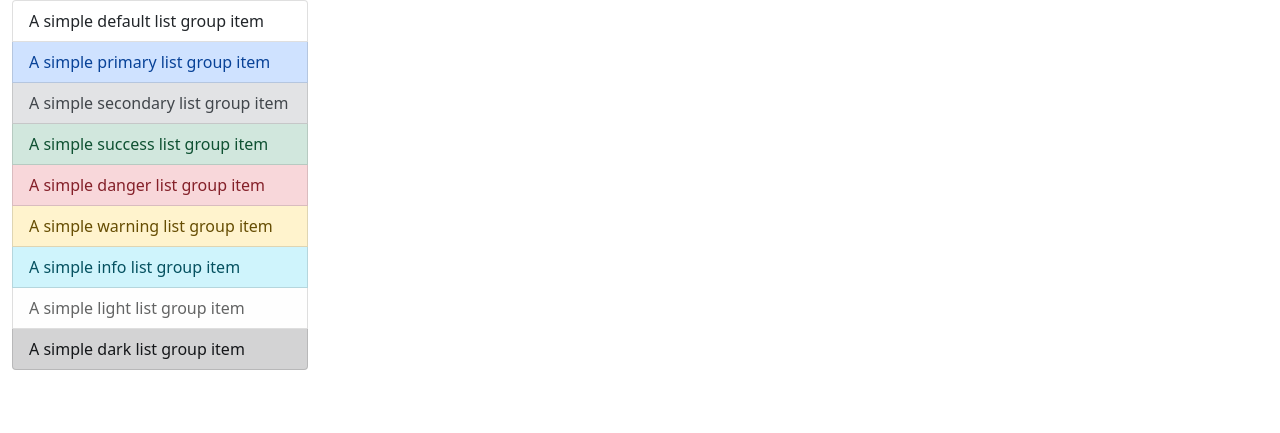
Repository: Dayvid0/BOOTSTRAP-TUTORIALS
Page: BOOTSTRAP-GRID-LAYOUTS/ibmexample.html
These files come from the project's save history. The page is drawn as it stood at one moment and after the next save; the edit follows.
The browser window is 1280 px wide. The pictures show the whole page.

Above is the page before, as saved 2025-01-24 16:43:09.

### BOOTSTRAP-GRID-LAYOUTS/ibmexample.html
<!doctype html>
<html lang="en">
  <head>
    <!-- Required meta tags -->
    <meta charset="utf-8">
    <meta name="viewport" content="width=device-width, initial-scale=1">
    <!-- Bootstrap CSS -->
    <link href="https://cdn.jsdelivr.net/npm/bootstrap@5.0.2/dist/css/bootstrap.min.css" rel="stylesheet" integrity="sha384-EVSTQN3/azprG1Anm3QDgpJLIm9Nao0Yz1ztcQTwFspd3yD65VohhpuuCOmLASjC" crossorigin="anonymous">
    <title>Hello, world!</title>
  </head>
  <body>
    <div class="container-fluid">
      <div class="row"> <!-- ./row-->
        <div class="col-3 sidebar">
          <ul class="list-group">
            <li class="list-group-item">A simple default list group item</li>
            <li class="list-group-item list-group-item-primary">A simple primary list group item</li>
            <li class="list-group-item list-group-item-secondary">A simple secondary list group item</li>
            <li class="list-group-item list-group-item-success">A simple success list group item</li>
            <li class="list-group-item list-group-item-danger">A simple danger list group item</li>
            <li class="list-group-item list-group-item-warning">A simple warning list group item</li>
            <li class="list-group-item list-group-item-info">A simple info list group item</li>
            <li class="list-group-item list-group-item-light">A simple light list group item</li>
            <li class="list-group-item list-group-item-dark">A simple dark list group item</li>
          </ul>
        </div><!-- ./col-3-->
        <div class="col-9">
        </div><!-- ./col-9-->
      </div><!-- ./row -->
    </div><!-- ./container-fluid -->
    <script src="https://cdn.jsdelivr.net/npm/bootstrap@5.0.2/dist/js/bootstrap.bundle.min.js" integrity="sha384-MrcW6ZMFYlzcLA8Nl+NtUVF0sA7MsXsP1UyJoMp4YLEuNSfAP+JcXn/tWtIaxVXM" crossorigin="anonymous"></script>
  </body>
</html>

### BOOTSTRAP-GRID-LAYOUTS/ibm-style.css
<!doctype html>
<html lang="en">
  <head>
    <!-- Required meta tags -->
    <meta charset="utf-8">
    <meta name="viewport" content="width=device-width, initial-scale=1">
    <!-- Bootstrap CSS -->
    <link href="https://cdn.jsdelivr.net/npm/bootstrap@5.0.2/dist/css/bootstrap.min.css" rel="stylesheet" integrity="sha384-EVSTQN3/azprG1Anm3QDgpJLIm9Nao0Yz1ztcQTwFspd3yD65VohhpuuCOmLASjC" crossorigin="anonymous">
    <title>Hello, world!</title>
  </head>
  <body>
    <h1>Hello, world!</h1>
    <!-- Optional JavaScript; choose one of the two! -->
    <!-- Option 1: Bootstrap Bundle with Popper -->
    <script src="https://cdn.jsdelivr.net/npm/bootstrap@5.0.2/dist/js/bootstrap.bundle.min.js" integrity="sha384-MrcW6ZMFYlzcLA8Nl+NtUVF0sA7MsXsP1UyJoMp4YLEuNSfAP+JcXn/tWtIaxVXM" crossorigin="anonymous"></script>
    <!-- Option 2: Separate Popper and Bootstrap JS -->
    <!--
    <script src="https://cdn.jsdelivr.net/npm/@popperjs/core@2.9.2/dist/umd/popper.min.js" integrity="sha384-IQsoLXl5PILFhosVNubq5LC7Qb9DXgDA9i+tQ8Zj3iwWAwPtgFTxbJ8NT4GN1R8p" crossorigin="anonymous"></script>
    <script src="https://cdn.jsdelivr.net/npm/bootstrap@5.0.2/dist/js/bootstrap.min.js" integrity="sha384-cVKIPhGWiC2Al4u+LWgxfKTRIcfu0JTxR+EQDz/bgldoEyl4H0zUF0QKbrJ0EcQF" crossorigin="anonymous"></script>
    -->
  </body>
</html>

After the next save:
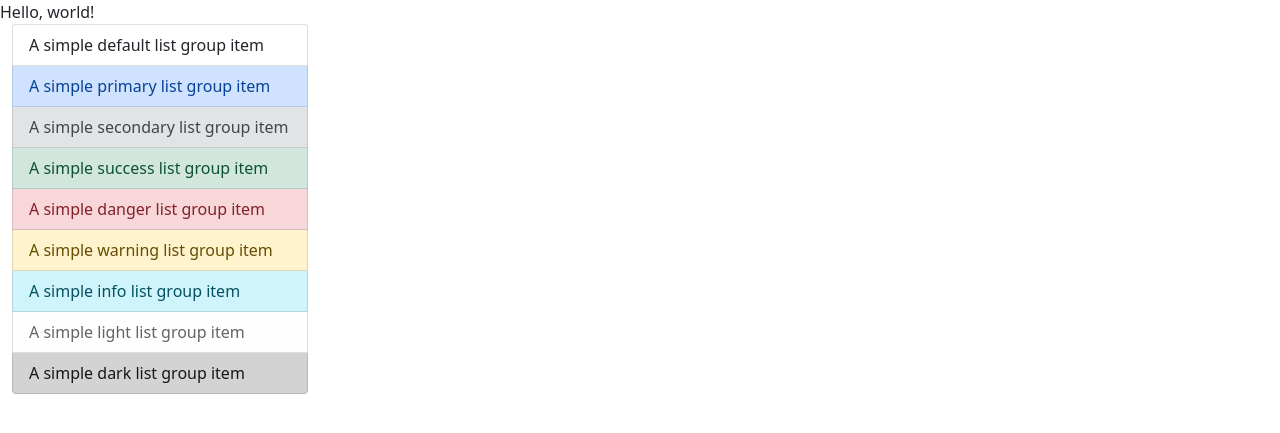
Saved 46 s later.
--- a/BOOTSTRAP-GRID-LAYOUTS/ibmexample.html
+++ b/BOOTSTRAP-GRID-LAYOUTS/ibmexample.html
@@ -6,6 +6,7 @@
     <meta name="viewport" content="width=device-width, initial-scale=1">
     <!-- Bootstrap CSS -->
     <link href="https://cdn.jsdelivr.net/npm/bootstrap@5.0.2/dist/css/bootstrap.min.css" rel="stylesheet" integrity="sha384-EVSTQN3/azprG1Anm3QDgpJLIm9Nao0Yz1ztcQTwFspd3yD65VohhpuuCOmLASjC" crossorigin="anonymous">
+    <link rel="stylesheet" href="ibm-style.css"
     <title>Hello, world!</title>
   </head>
   <body>
